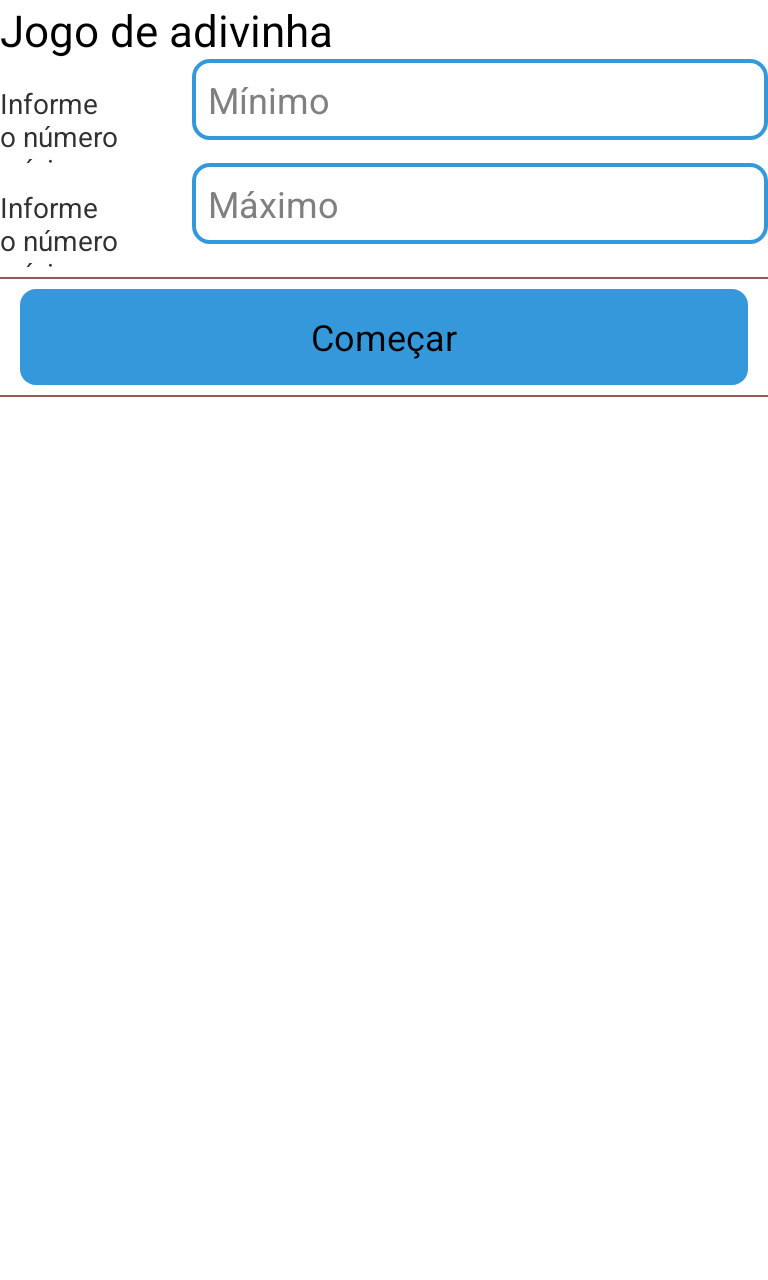
Repository: gokugohan/ddm
Layout: JogoDeAdivinha/res/layout/activity_inicial.xml
These files come from the project's save history. The layout is drawn as it stood at one moment and after the next save; the edit follows.
It is drawn on a 768 x 1280 px phone screen (xhdpi) without system bars, with theme AppTheme; the app's code is not run.

Above is the layout before, as saved 2014-11-07 11:37:12.

After the next save:
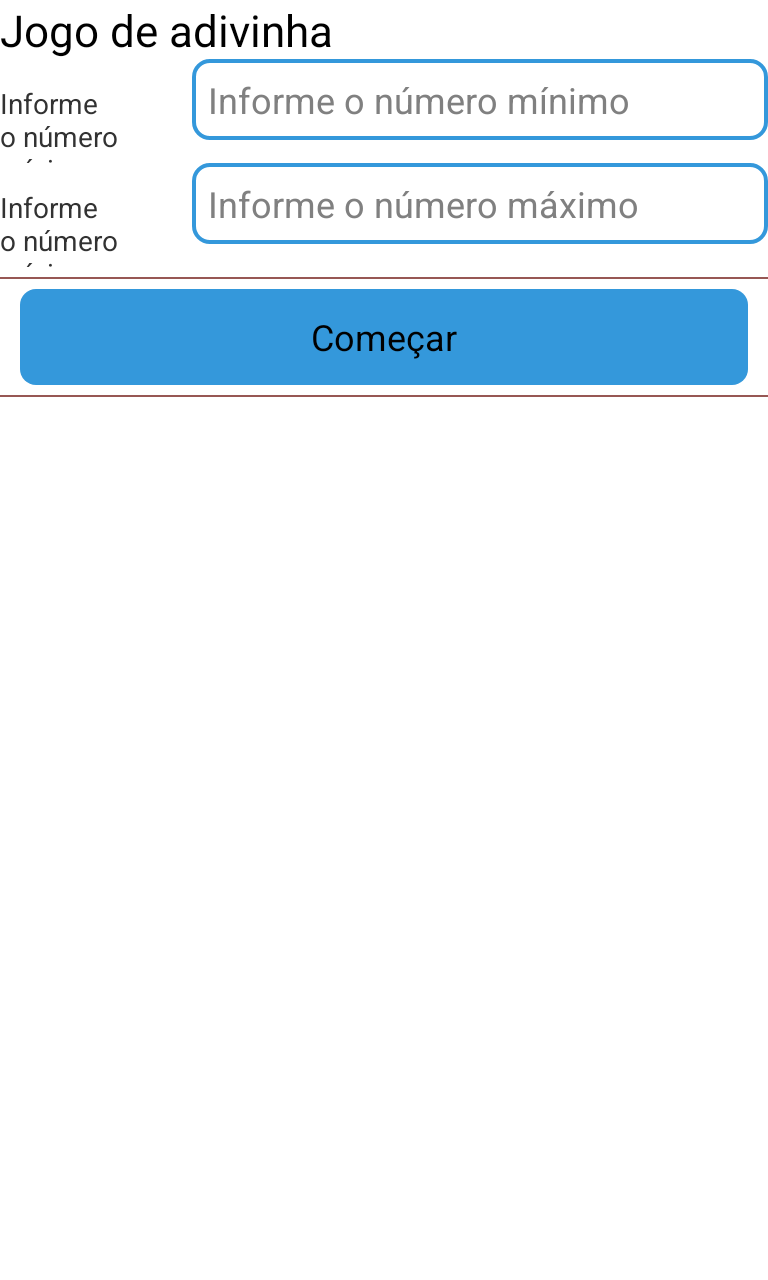
Saved 17 s later.
--- a/JogoDeAdivinha/res/layout/activity_inicial.xml
+++ b/JogoDeAdivinha/res/layout/activity_inicial.xml
@@ -29,7 +29,7 @@
             android:layout_weight="1.5"
             android:layout_height="wrap_content"
             android:background="@drawable/custom_edittext"
-            android:hint="@string/str_min"
+            android:hint="@string/str_info_min"
             android:inputType="number" />
     </LinearLayout>
 
@@ -52,7 +52,7 @@
             android:layout_weight="1.5"
             android:layout_height="wrap_content"
             android:background="@drawable/custom_edittext"
-            android:hint="@string/str_max"
+            android:hint="@string/str_info_max"
             android:inputType="number" />
     </LinearLayout>
 
